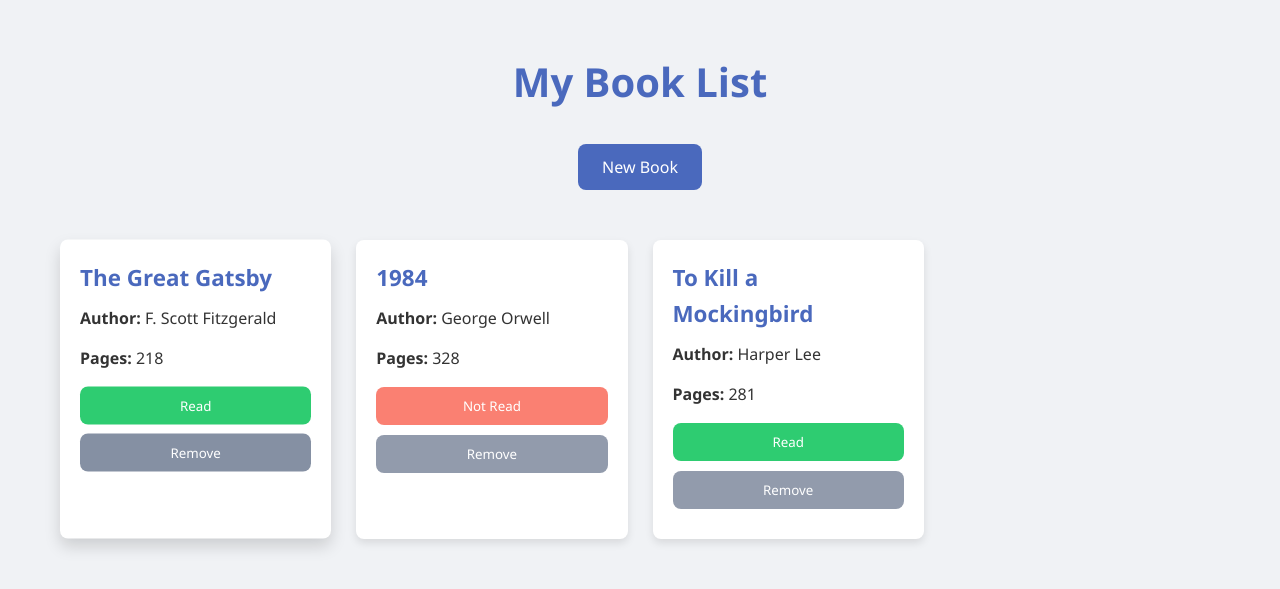
Repository: gkintu/odin-book-library
Page: index.html
These files come from the project's save history. The page is drawn as it stood at one moment and after the next save; the edit follows.
The browser window is 1280 px wide. The pictures show the whole page.
The pointer rests on the first visible `.remove-btn`.

Above is the page before, as saved 2025-03-11 15:37:42.

After the next save:
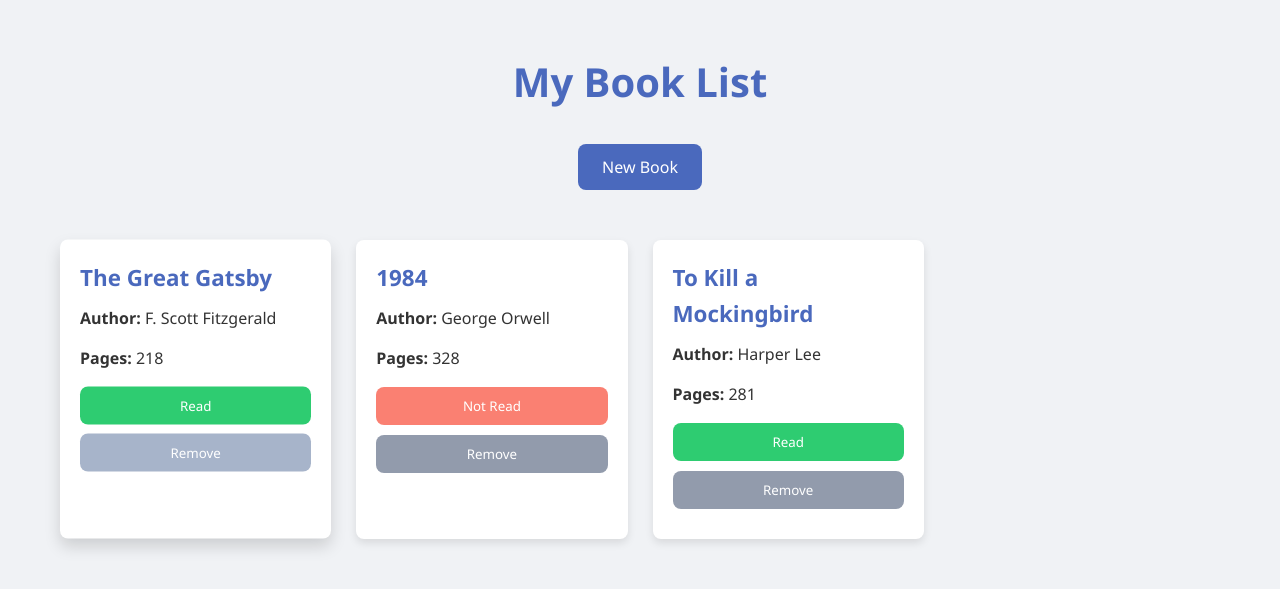
Saved 67 s later.
--- a/style.css
+++ b/style.css
@@ -114,7 +114,7 @@ h1 {
 }
 
 .remove-btn:hover {
-    background-color: #8590a3;
+    background-color: #a7b4ca;
 }
 
 #modal-book-container {
